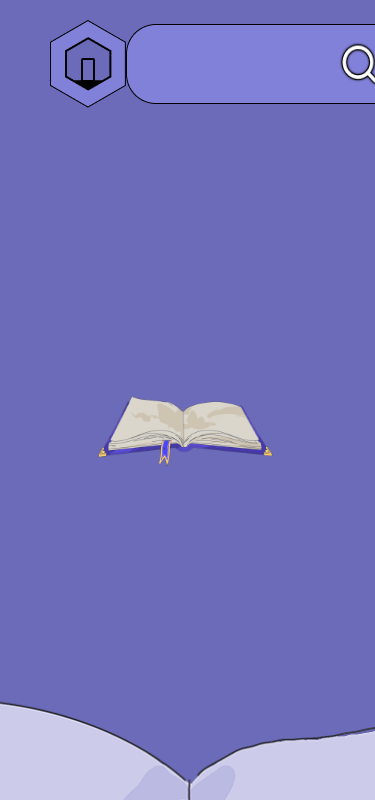
Repository: carolmmc/BabelLibrary
Page: answer.html
The author's editor kept a copy of each file at every save. The page is drawn from the files as they stood at one save, then again after the next save.
The browser window is 375 px wide. The pictures show the whole page.

Above is the page before, as saved 2025-05-10 01:17:41.

After the next save:
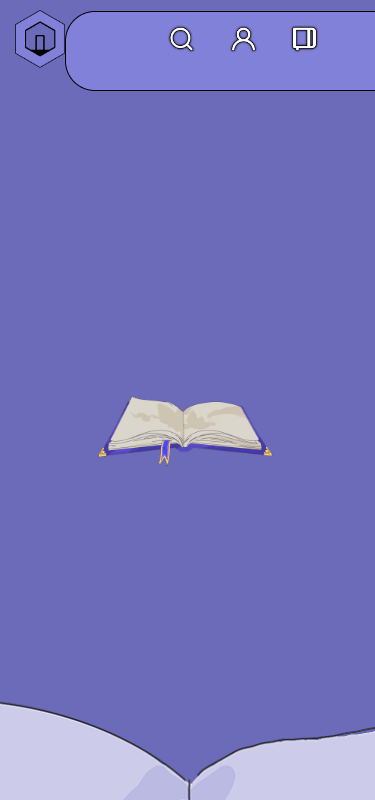
Saved 2 min 10 s later.
--- a/answer.html
+++ b/answer.html
@@ -29,8 +29,8 @@
         }
 
         .logo {
-            width: 75.892px;
-            height: 87.633px;
+            width: clamp(50px, 8vw, 76px);
+            height: auto;
             flex-shrink: 0;
             object-fit: contain; /* 保持图片比例 */
         }
@@ -38,8 +38,8 @@
         /* 导航栏容器 */
         .nav-container {
             position: relative;
-            width: 1076px;
-            height: 80px;
+            width: min(90vw, 1076px);
+            height: clamp(60px, 8vw, 80px);
         }
 
         /* 导航图标容器 */
@@ -49,8 +49,8 @@
             left: 50%;
             transform: translate(-50%, -50%);
             display: flex;
-            justify-content: space-between; /* 改用 space-between 实现均匀分布 */
-            width: 60%; /* 控制图标分布的整体宽度范围 */
+            justify-content: center;          /* 居中排列 */
+            column-gap: clamp(24px, 10vw, 120px); /* 响应式间距 */
             z-index: 2;
         }
 
@@ -177,6 +177,22 @@
             display:none;            /* 初始隐藏 */
             pointer-events:none;      /* 不抢点击 */
         }
+    /* ---------- 响应式调整 ---------- */
+    @media (max-width: 768px) {
+        .header { padding: 15px 20px; }
+        .nav-container { width: 90vw; height: 60px; }
+        .find-icon,
+        .mine-icon,
+        .shelf-icon { width: 30px; height: 30px; }
+    }
+
+    @media (max-width: 480px) {
+        .header { padding: 10px 15px; }
+        .nav-container { width: 95vw; height: 55px; }
+        .find-icon,
+        .mine-icon,
+        .shelf-icon { width: 24px; height: 24px; }
+    }
     </style>
 </head>
 <body>
